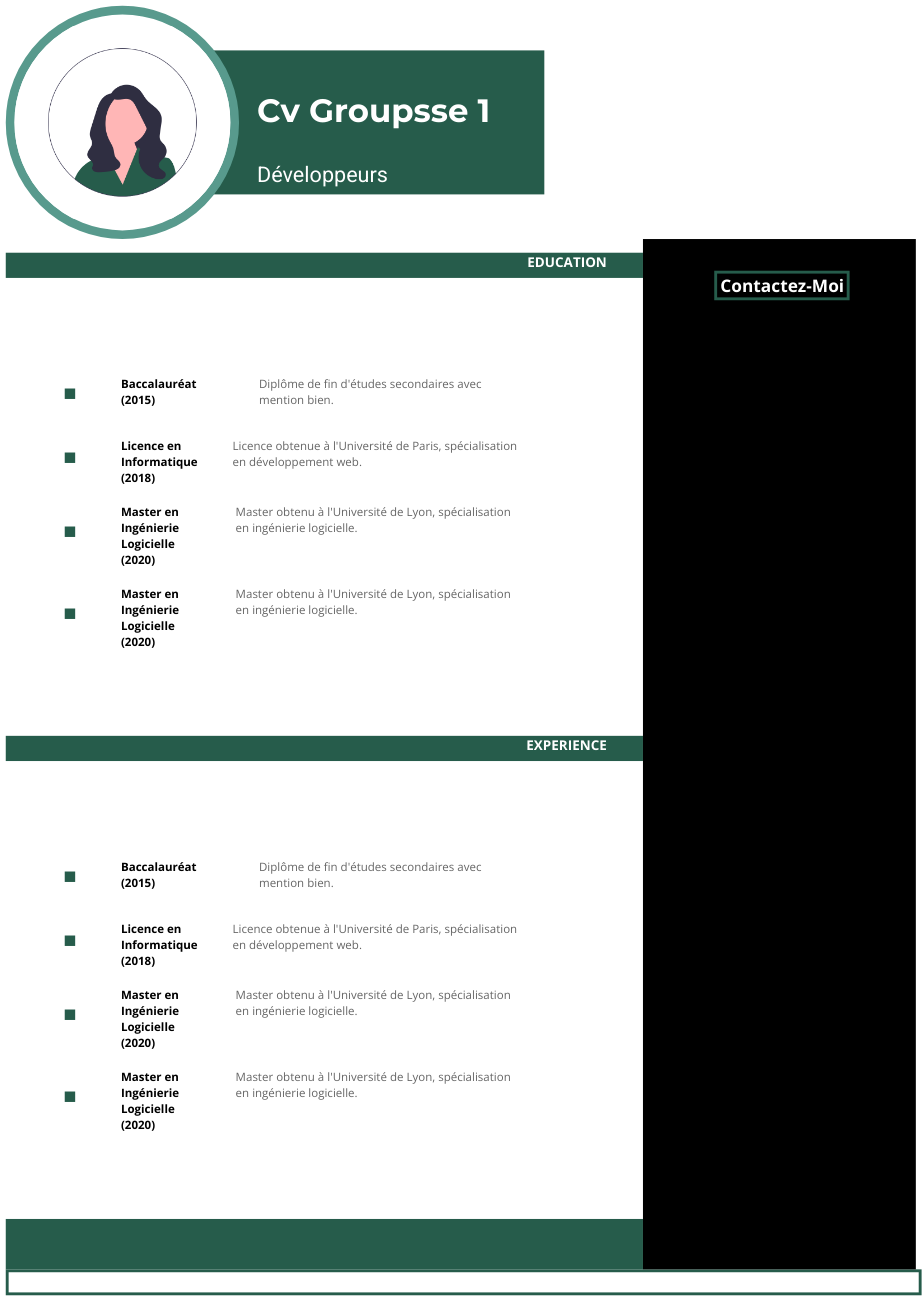
Repository: NdiongueFH/Mon_CV
Page: CV_Groupe1.html
These files come from the project's save history. The page is drawn as it stood at one moment and after the next save; the edit follows.
The browser window is 1280 px wide. The pictures show the whole page, at 72% of full size.

Above is the page before, as saved 2024-08-04 18:43:10.

After the next save:
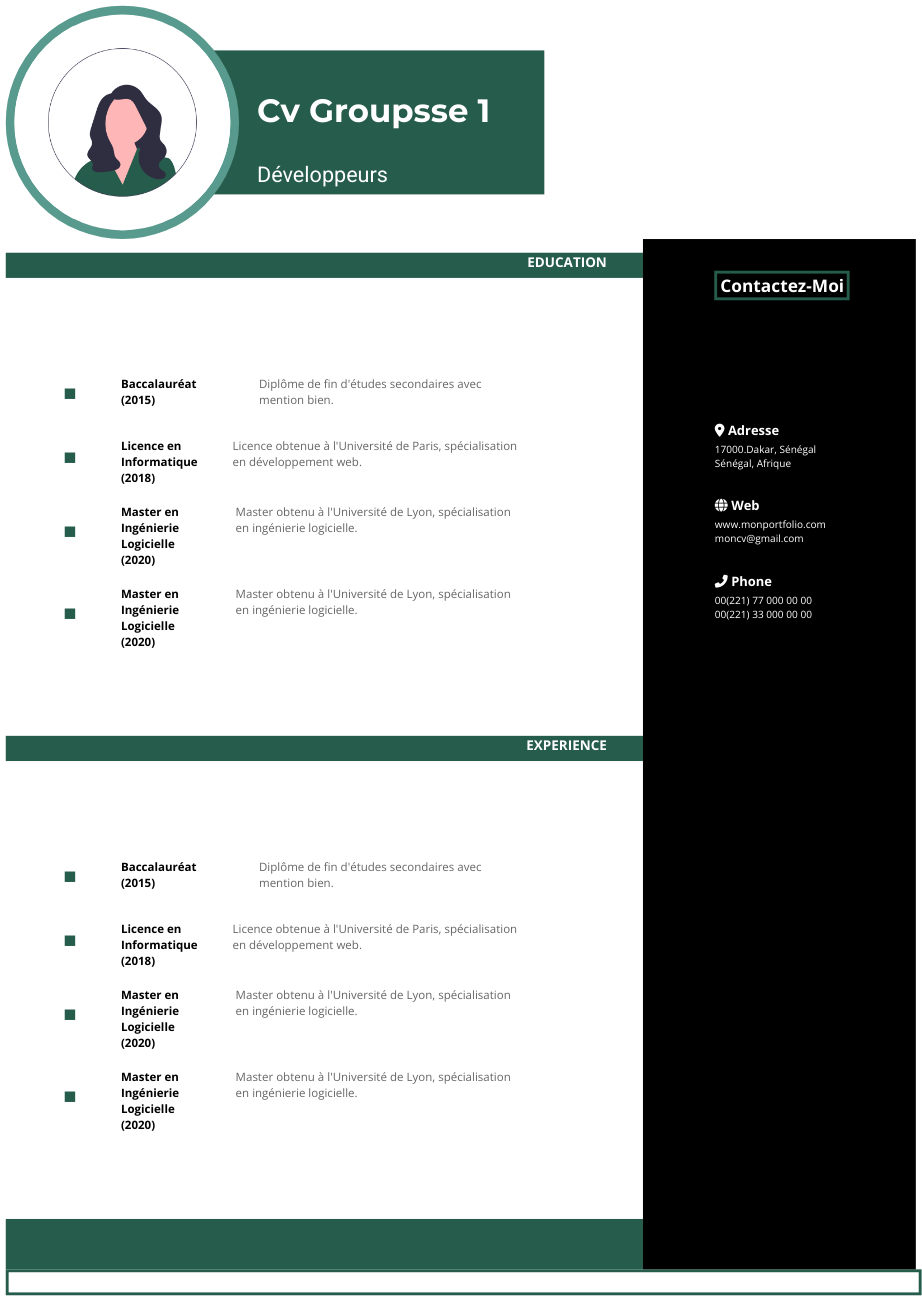
Saved 41 s later.
--- a/CV_Groupe1.html
+++ b/CV_Groupe1.html
@@ -176,7 +176,7 @@
                     </div>
                         <!--fin titre contact-->
                         <!-- donnee contact-->
-                        <!--<div class="donnees_contact">
+                        <div class="donnees_contact">
                             <ul class="list_contact">
                                 <li>
                                     <p class="icon_contact">
@@ -210,7 +210,7 @@
                                     </div>
                                 </li>
                             </ul>
-                        </div>-->
+                        </div>
                         <!-- End Contact Data -->
                     </div>
                         <!--fin donnee contact-->
